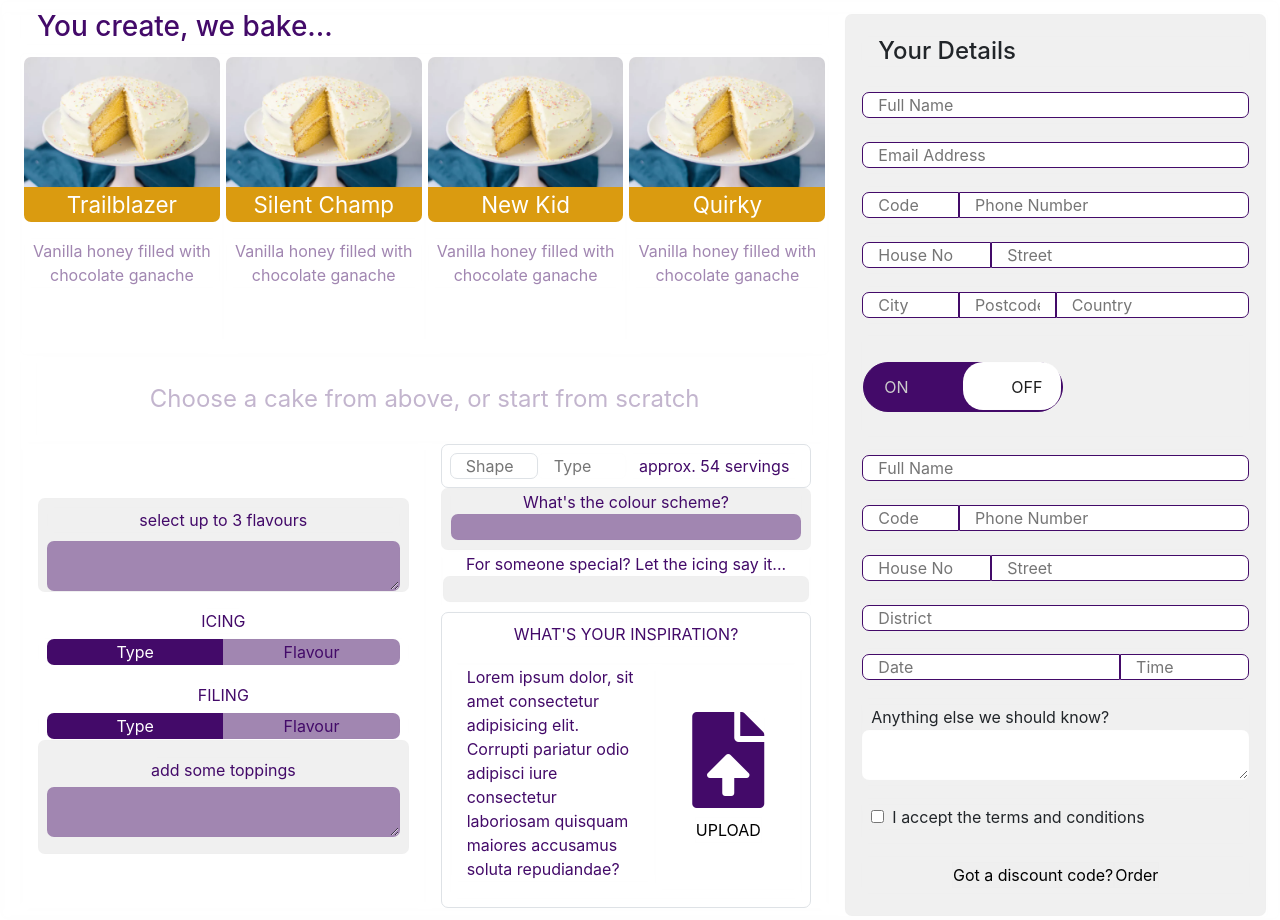
Repository: I-Alpha/BakeryOrderForm
Page: Order-Page.html
The author's editor kept a copy of each file at every save. The page is drawn from the files as they stood at one save, then again after the next save.
The browser window is 1280 px wide. The pictures show the whole page.

Above is the page before, as saved 2020-12-29 05:07:45.

After the next save:
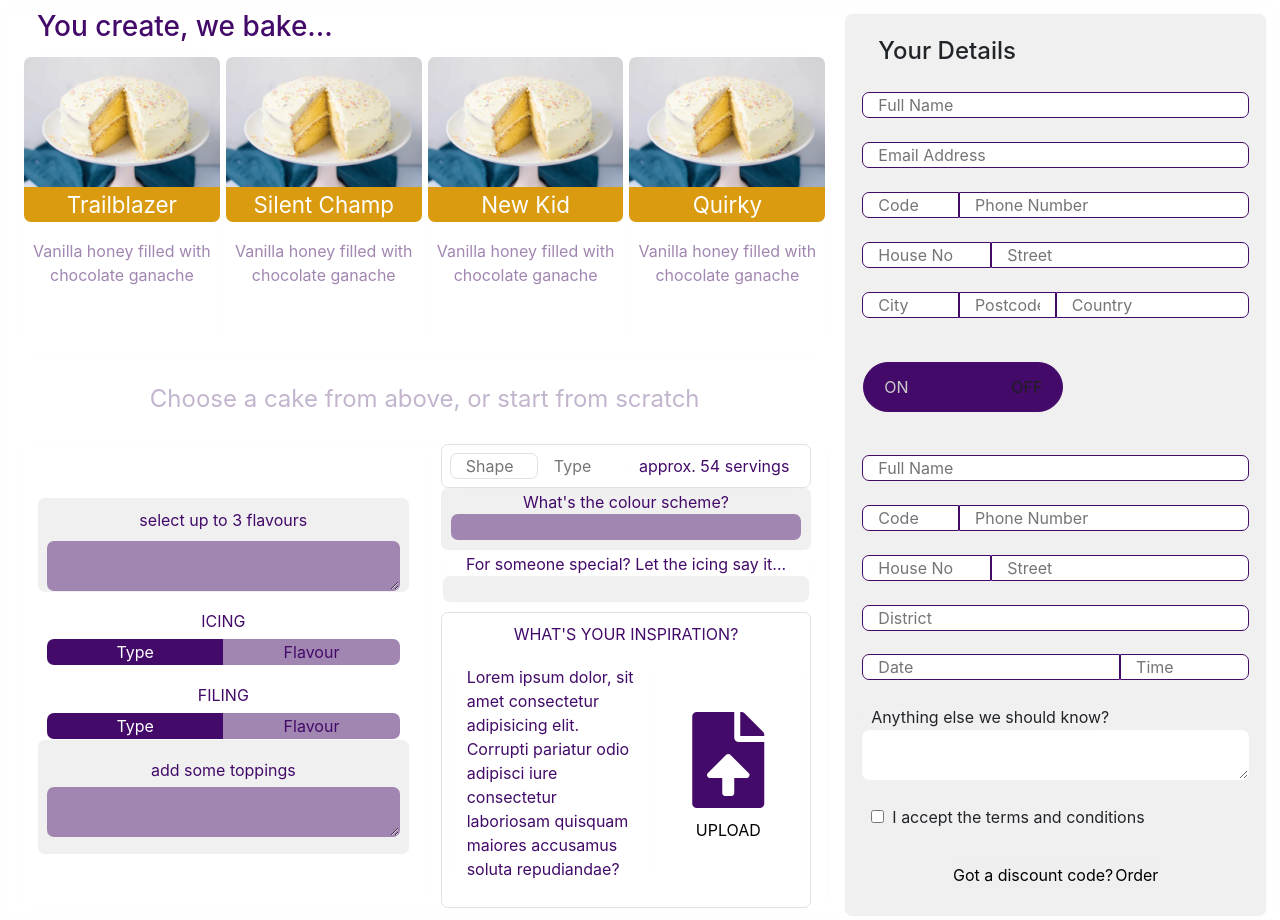
Saved 7 s later.
--- a/Order-Page.html
+++ b/Order-Page.html
@@ -113,6 +113,7 @@
 
         body span.switcher.switcher-1 input:not(:checked) {
             background:  var(--primary-colour);
+            transition: background 0.5s -0.1s;
         }
 
         body span.switcher.switcher-1 input:not(:checked):before {
@@ -129,7 +130,7 @@
             left: 100px;
             right: 0px;
             top:0;
-            background-color:white;
+            background-color:white);
             height:100%;
             transition: left 0.4s 0.2s, right 0.5s, background 0.35s -0.1s;
         }

After the 3 saves that followed:
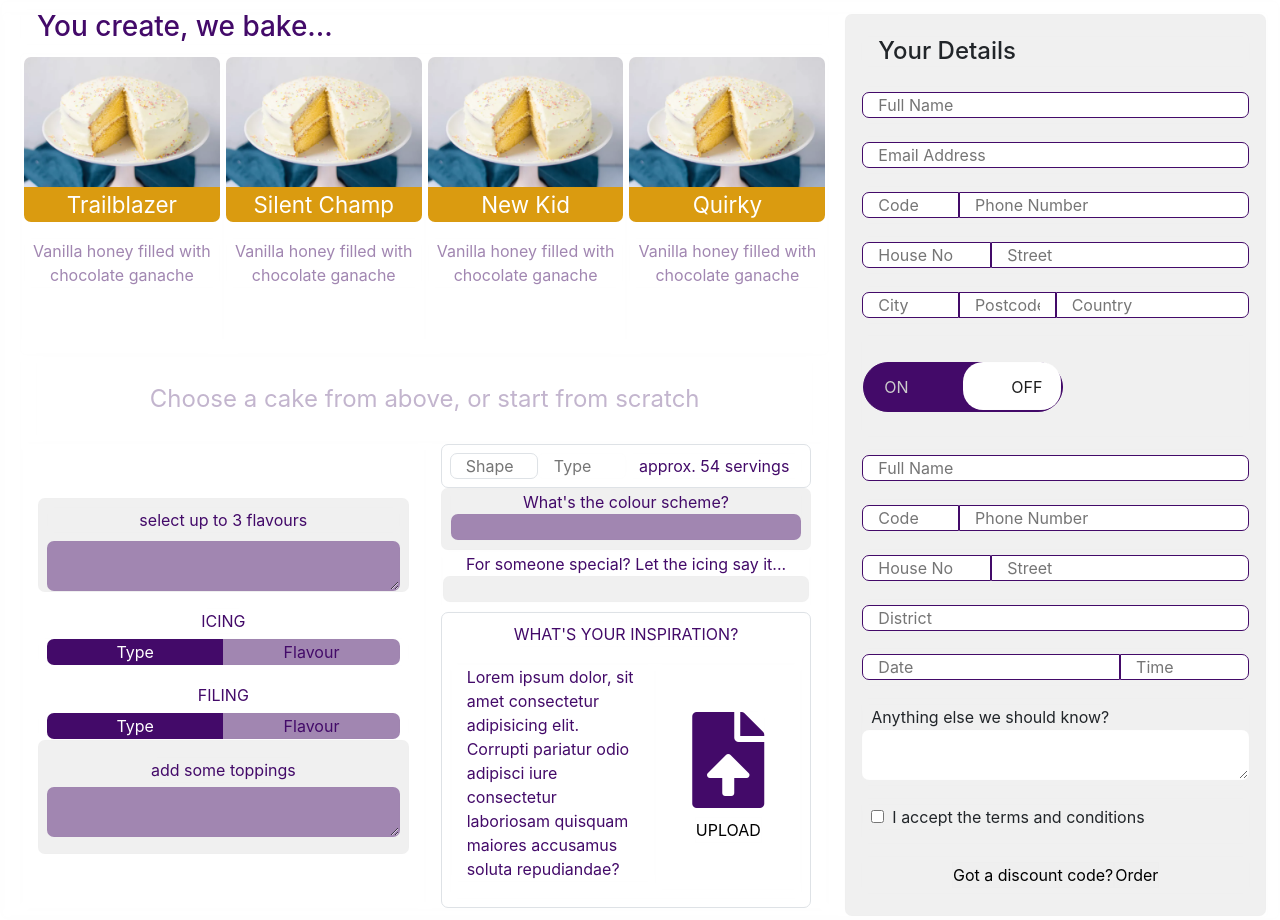
The 3 saves are shown as one change because they came seconds apart.
The last was saved 8 s later.
--- a/Order-Page.html
+++ b/Order-Page.html
@@ -130,7 +130,7 @@
             left: 100px;
             right: 0px;
             top:0;
-            background-color:white);
+            background-color:white;
             height:100%;
             transition: left 0.4s 0.2s, right 0.5s, background 0.35s -0.1s;
         }
